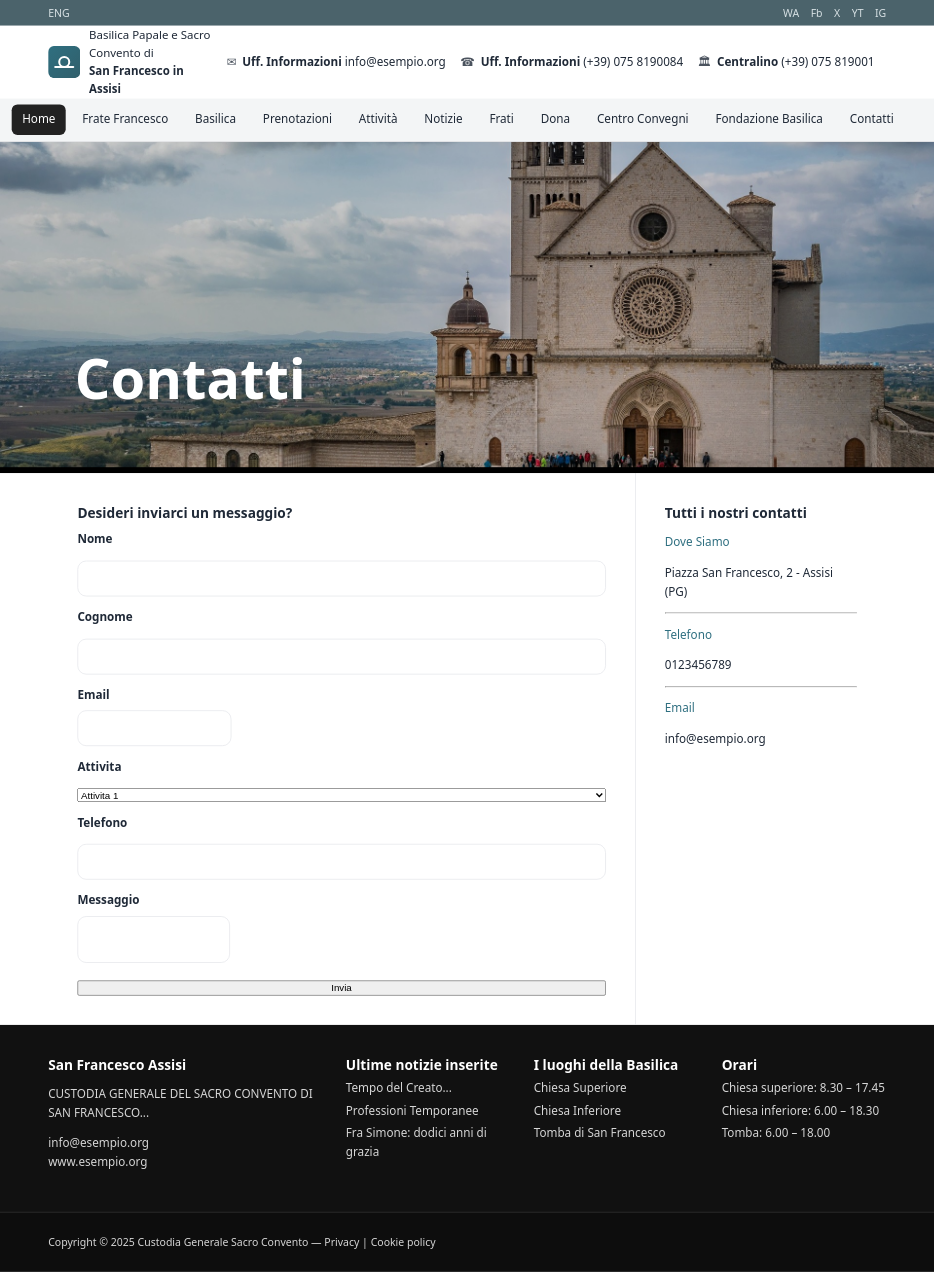
Repository: leacappello/basilica-platform-project
Page: pages/contatti.html
These files come from the project's save history. The page is drawn as it stood at one moment and after the next save; the edit follows.
The browser window is 1280 px wide. The pictures show the whole page, at 73% of full size.

Above is the page before, as saved 2025-09-17 09:51:16.
Console error (its wording comes from the project's code and is left out).

After the next save:
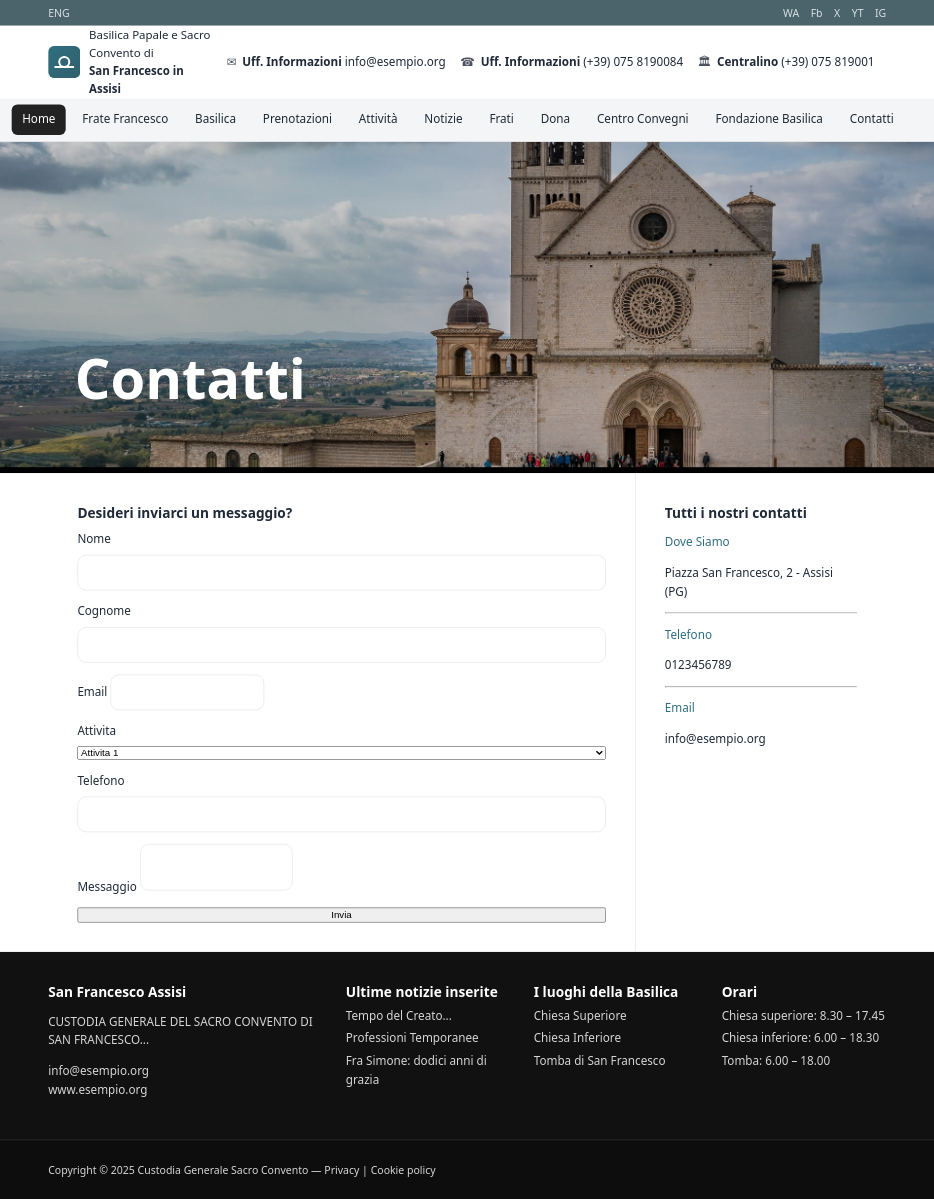
Saved 68 s later.
--- a/assets/styles.css
+++ b/assets/styles.css
@@ -264,24 +264,20 @@
   cursor: pointer;
 }
 
-label{
-  display: block;
-  font-weight: 600;
-  margin-bottom: var(--space-2);
-  }
-
-   .form-container {
-      display: flex;
-      flex-direction: column; /* Organizza gli elementi in colonna */
-      gap: 1rem; /* Aggiunge spazio tra gli elementi */
-      width: 100%; /* Assicura che il contenitore occupi tutta la larghezza disponibile */
-    }
-
-    .column {
-      flex: 1; /* Fa sì che le colonne occupino uno spazio uguale */
-      display: flex; /* Per permettere il posizionamento dei campi all'interno della colonna */
-      flex-direction: column;
-      gap: 0.5rem; /* Spazio tra i campi all'interno della colonna */
-    }
+
+
+.form-container {
+  display: flex;
+  flex-direction: column; /* Organizza gli elementi in colonna */
+  gap: 1rem; /* Aggiunge spazio tra gli elementi */
+  width: 100%; /* Assicura che il contenitore occupi tutta la larghezza disponibile */
+}
+
+.column {
+  flex: 1; /* Fa sì che le colonne occupino uno spazio uguale */
+  display: flex; /* Per permettere il posizionamento dei campi all'interno della colonna */
+  flex-direction: column;
+  gap: 0.5rem; /* Spazio tra i campi all'interno della colonna */
+}
 
 /* ============== contatti ============== */

After the save that followed:
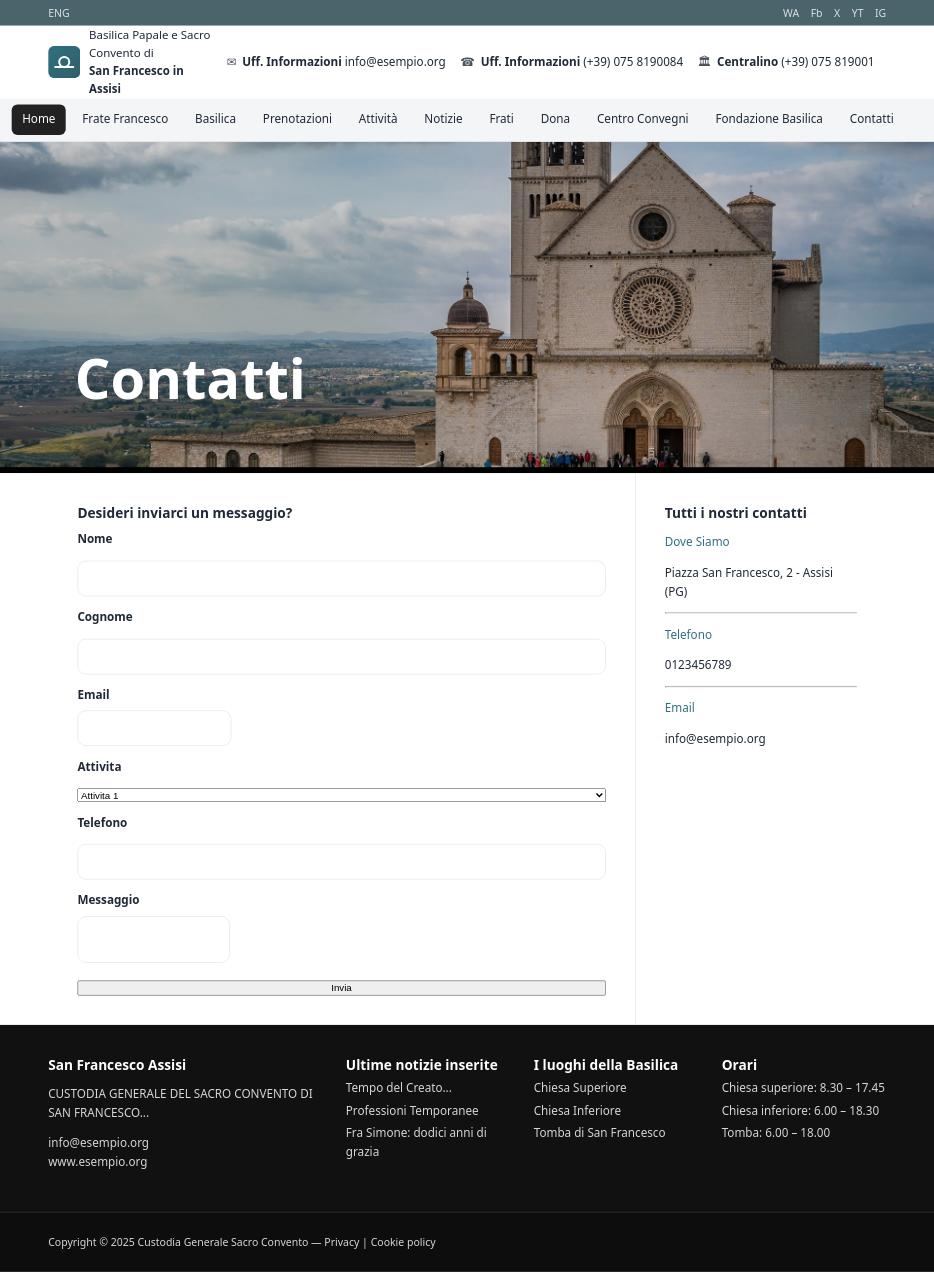
Saved 8 s later.
--- a/assets/styles.css
+++ b/assets/styles.css
@@ -264,7 +264,11 @@
   cursor: pointer;
 }
 
-
+label{
+  display: block;
+  font-weight: 600;
+  margin-bottom: var(--space-2);
+  }
 
 .form-container {
   display: flex;
